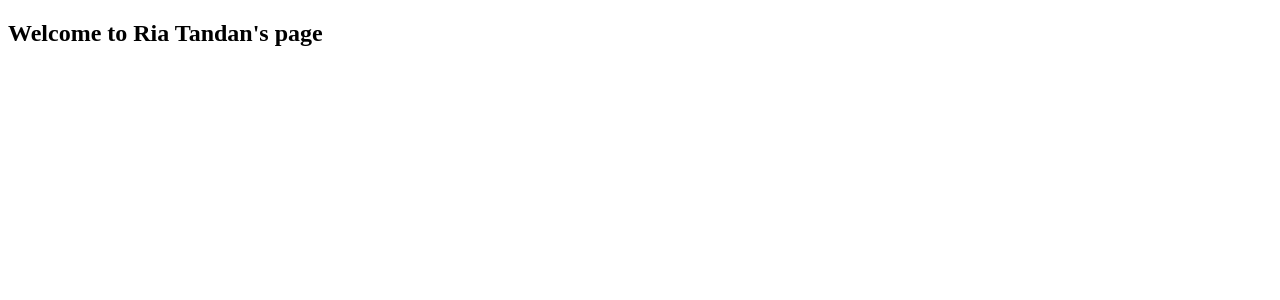
Repository: Iamriatandan/SpringCloud
Page: http://localhost/demo/
An editor plug-in stored every save of this project. The page is shown before and after the next save, followed by the edit.
The browser window is 1280 px wide. The pictures show the whole page.
The page is served by Tomcat 9.

Above is the page before, as saved 2025-03-18 09:21:54.

After the next save:
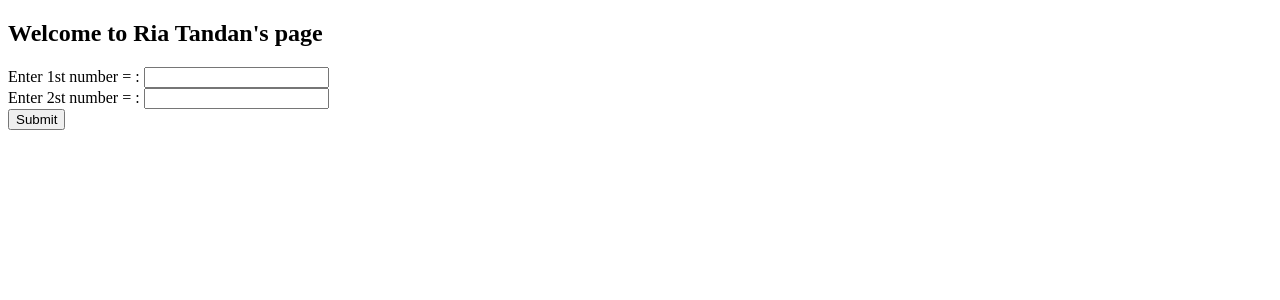
Saved 5 min 44 s later.
--- a/Spring Data Jpa/demo/src/main/webapp/index.jsp
+++ b/Spring Data Jpa/demo/src/main/webapp/index.jsp
@@ -6,6 +6,10 @@
 </head>
 <body>
     <h2>Welcome to Ria Tandan's page</h2>
-
-</body>
+	<form action ="add">
+		Enter 1st number = : <input type = "text" name =" number 1"><br>
+		Enter 2st number = : <input type = "text" name =" number 2"><br>
+		<input type = "submit">
+		</form>
+	</body>
 </html>
